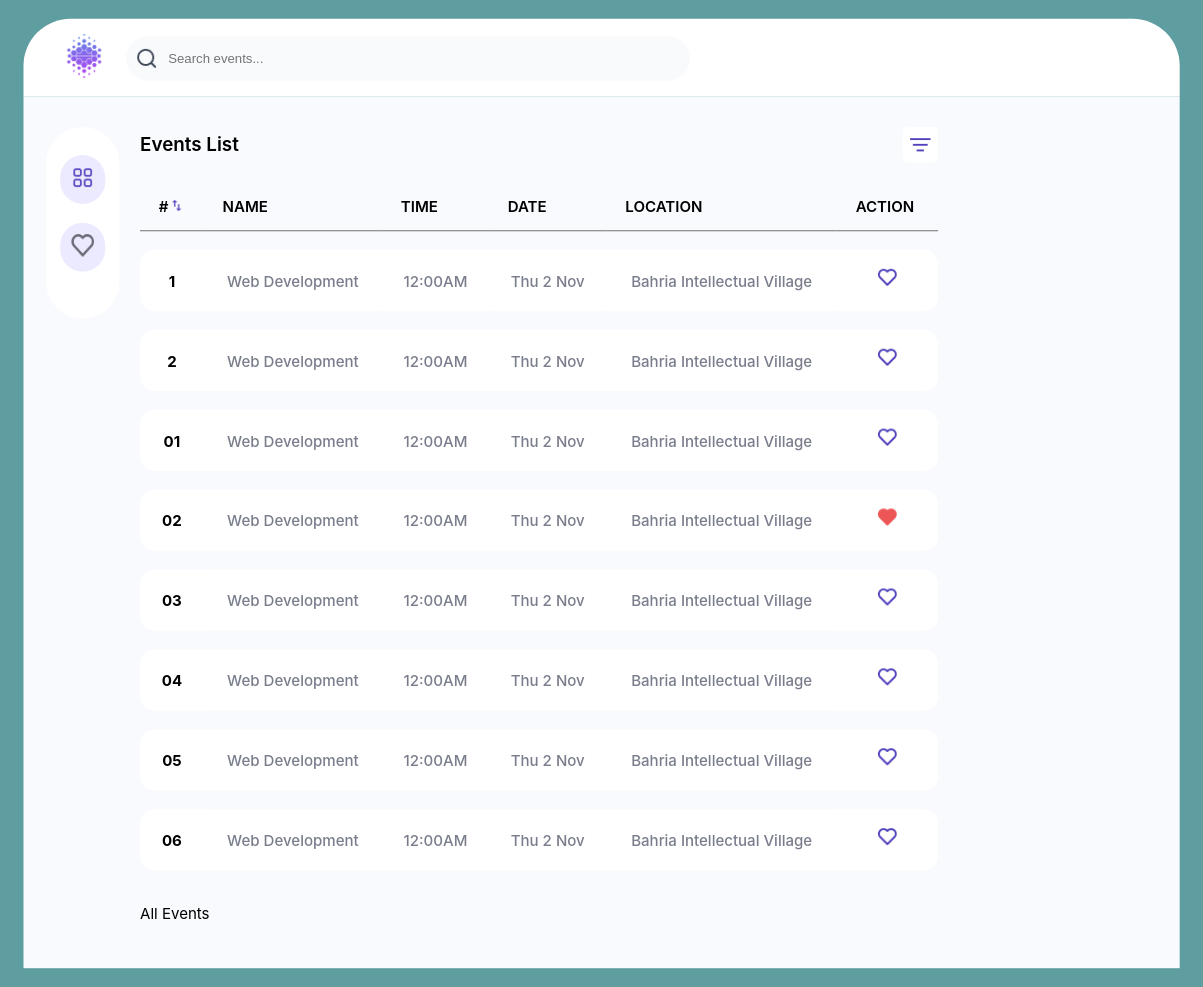
Repository: ahmadunitedsol710/react-dashboard
Page: /
An editor plug-in stored every save of this project. The page is shown before and after a run of saves, followed by the edit.
The browser window is 1280 px wide. The pictures show the whole page, at 94% of full size.
The project was rebuilt for these pictures with package versions that can differ from the ones it lists, and the page was loaded fresh each time.

Above is the page before, as saved 2024-07-30 11:29:31.

### src/App.js
// import {BrowserRouter as Router, Routes, Route} from 'react-router-dom';
import Header from './Components/Header/index';
import Events from './Components/Body/events'
import './App.css';

function App() {
  return (
    <div className="App container">
    {/* <Router>
      <Routes>
          <Route path="/" exact element={<Header/>}/>
      </Routes>
    </Router> */}
    <Header/>
    <Events/>
    </div>
  );
}

export default App;

### src/Components/Header/index.js
import '../../App.css';
import logo from '../../Images/logo.png'

const Index = () => {

    return (
        <>
            <div className="header">
                <div className="logo">
                    <img src={logo} alt="logo" />
                </div>
                <div className="search_box">
                    <input type="search"  name="search" placeholder='Search events...' className='srch'/>
                </div>
            </div>
        </>
    )
}

export default Index;

### src/Components/Body/events.js
import '../../App.css';
import Sidebar from './sidebar';
import List from './eventlist';

const Index = () => {

    return (
        <>
            <div className="events">
             <Sidebar/>
             <List/>
            </div>
        </>
    )
}

export default Index;

### src/App.css
body {
  background-color: cadetblue;
}

.container {
  max-width: 1440px;
  margin: 20px auto;
  padding: 0 25px;
  box-sizing: border-box;
}

.App-logo {
  height: 40vmin;
  pointer-events: none;
}

@media (prefers-reduced-motion: no-preference) {
  .App-logo {
    animation: App-logo-spin infinite 20s linear;
  }
}

.App-header {
  background-color: #282c34;
  min-height: 100vh;
  display: flex;
  flex-direction: column;
  align-items: center;
  justify-content: center;
  font-size: calc(10px + 2vmin);
  color: white;
}

.App-link {
  color: #61dafb;
}

@keyframes App-logo-spin {
  from {
    transform: rotate(0deg);
  }
  to {
    transform: rotate(360deg);
  }
}


/* Header */
.header { display: flex; justify-content: center; align-items: center; gap: 20px; background-color: #ffffff; padding: 15px 40px; border-radius: 50px 50px 0 0; }

.header .search_box { position: relative; width: 100%; }

.header .search_box .srch { background-image: url(./Images/Search.png); background-repeat: no-repeat; background-color: #F9FAFC; background-position: 10px center; border: none; padding: 13px 45px; width: 600px; border-radius: 50px; font-size: 14px; font-weight: 400; color: #3D4756; line-height: 22px; }


/* Events */
.events {
  background-color: #f9fafe;
  padding: 32px 24px;
  box-sizing: border-box;
  display: flex;
  gap: 22px;
  align-items: flex-start;
}

/* Sidebar */
.sidebar {
  display: flex;
  flex-direction: column;
  background-color: #ffffff;
  width: max-content;
  padding: 30px 15px;
  box-sizing: border-box;
  border-radius: 40px;
}

.image {
  background-color: #ECEAFF;
  margin-bottom: 20px;
  border-radius: 25px;
}

.sidebar_img {
  width: 24px;
  height: 24px;
  padding: 12px;
}

/* Event list */
.main {
  display: flex;
  justify-content: space-between;
  align-items: center;
}

.main .heading {
  font-size: 20px;
  font-weight: 600;
  line-height: 30px;
  margin: 0;
}

.main .filter {
  background-color: #ffffff;
  padding: 5px;
  border-radius: 5px;
  box-sizing: border-box;
}

table {
  border-collapse: separate;
  border-spacing: 0 20px;
  width: 849px;
}

th {
  text-align: left;
  font-size: 16px;
  font-weight: 600;
  line-height: 22px;
  padding: 15px 20px;
  box-sizing: border-box;
  border-bottom: 1px solid #6a6a6a;
}

.index {
  font-size: 16px;
  font-weight: bolder;
  line-height: 24px;
}

.body_row td {
  background-color: #ffffff;
  padding: 20px;
  text-align: center;
}

.body_row td:first-child {
  border-radius: 15px 0 0 15px;
}

.body_row td:last-child {
  border-radius: 0 15px 15px 0;
}

.body_row .details {
  font-size: 16px;
  font-weight: 500;
  line-height: 24px;
  color: #797d8c;
}

### src/Components/Body/sidebar.js
import '../../App.css';
import grid from '../../Images/grid.png';
import favourite from '../../Images/fav.png'

const sidebar = () => {

    return (
        <>
            <div className="sidebar">
                <div className="image">
                    <img src={grid} alt="grid" className='sidebar_img'/>
                </div>
                <div className="image">
                    <img src={favourite} alt="favourite" className='sidebar_img'/>
                </div>
            </div>
        </>
    )
}

export default sidebar;

### src/Components/Body/eventlist.js
import '../../App.css';
import swap from '../../Images/swap.png';
import emptyfav from '../../Images/empty_fav.png'
import fillfav from '../../Images/fill_fav.png'
import filter from '../../Images/filter.png'

const Eventlist = () => {
       const tabledata = [


    {id:1,name:"web",time:'12;am',date:"12marg",location:"happy"},
    {id:2,name:"web",time:'12;am',date:"12marg",location:"sad"}
       ]
    return (
        <>
            <div className="event_details">
                <div className="evenlist">
                    <div className="main">
                        <h2 className='heading'>Events List</h2>
                        <img src={filter} alt="filter" className='filter' />
                    </div>
                    <table className="table">
                        <thead className='table_head'>
                            <tr>
                                <th># <img src={swap} alt="swap" /> </th>
                                <th>NAME</th>
                                <th>TIME</th>
                                <th>DATE</th>
                                <th>LOCATION</th>
                                <th>ACTION</th>
                            </tr>
                        </thead>
                        <tbody>
                            {tabledata.map((data)=>(
                                <tr className='body_row'>
                                <td className='index' data-label="index">{data.id}</td>
                                <td className='details' data-label="name">Web Development</td>
                                <td className='details' data-label="time">12:00AM</td>
                                <td className='details' data-label="date">Thu 2 Nov</td>
                                <td className='details' data-label="location">Bahria Intellectual Village</td>
                                <td className='details' data-label="location"> <img src={emptyfav} alt="emptyfav" /> </td>
                            </tr>
                            ))}
                            <tr className='body_row'>
                                <td className='index' data-label="index">01</td>
                                <td className='details' data-label="name">Web Development</td>
                                <td className='details' data-label="time">12:00AM</td>
                                <td className='details' data-label="date">Thu 2 Nov</td>
                                <td className='details' data-label="location">Bahria Intellectual Village</td>
                                <td className='details' data-label="location"> <img src={emptyfav} alt="emptyfav" /> </td>
                            </tr>

                            <tr className='body_row'>
                                <td className='index' data-label="index">02</td>
                                <td className='details' data-label="name">Web Development</td>
                                <td className='details' data-label="time">12:00AM</td>
                                <td className='details' data-label="date">Thu 2 Nov</td>
                                <td className='details' data-label="location">Bahria Intellectual Village</td>
                                <td className='details' data-label="location"> <img src={fillfav} alt="fillfav" /> </td>
                            </tr>

                            <tr className='body_row'>
                                <td className='index' data-label="index">03</td>
                                <td className='details' data-label="name">Web Development</td>
                                <td className='details' data-label="time">12:00AM</td>
                                <td className='details' data-label="date">Thu 2 Nov</td>
                                <td className='details' data-label="location">Bahria Intellectual Village</td>
                                <td className='details' data-label="location"> <img src={emptyfav} alt="emptyfav" /> </td>
                            </tr>

                            <tr className='body_row'>
                                <td className='index' data-label="index">04</td>
                                <td className='details' data-label="name">Web Development</td>
                                <td className='details' data-label="time">12:00AM</td>
                                <td className='details' data-label="date">Thu 2 Nov</td>
                                <td className='details' data-label="location">Bahria Intellectual Village</td>
                                <td className='details' data-label="location"> <img src={emptyfav} alt="emptyfav" /> </td>
                            </tr>

                            <tr className='body_row'>
                                <td className='index' data-label="index">05</td>
                                <td className='details' data-label="name">Web Development</td>
                                <td className='details' data-label="time">12:00AM</td>
                                <td className='details' data-label="date">Thu 2 Nov</td>
                                <td className='details' data-label="location">Bahria Intellectual Village</td>
                                <td className='details' data-label="location"> <img src={emptyfav} alt="emptyfav" /> </td>
                            </tr>

                            <tr className='body_row'>
                                <td className='index' data-label="index">06</td>
                                <td className='details' data-label="name">Web Development</td>
                                <td className='details' data-label="time">12:00AM</td>
                                <td className='details' data-label="date">Thu 2 Nov</td>
                                <td className='details' data-label="location">Bahria Intellectual Village</td>
                                <td className='details' data-label="location"> <img src={emptyfav} alt="emptyfav" /> </td>
                            </tr>
                        </tbody>
                    </table>
                </div>

                <div className="cards">
                    <div className="all_events">
                        <p className='title'>All Events</p>

                    </div>
                    <div className="this_month"></div>
                    <div className="fav_events"></div>
                </div>
            </div>
        </>
    )
}

export default Eventlist;

Loaded but not shown: public/index.html (common file); src/index.js (common file); src/index.css (common file); src/reportWebVitals.js (common file)

After the next 4 saves:
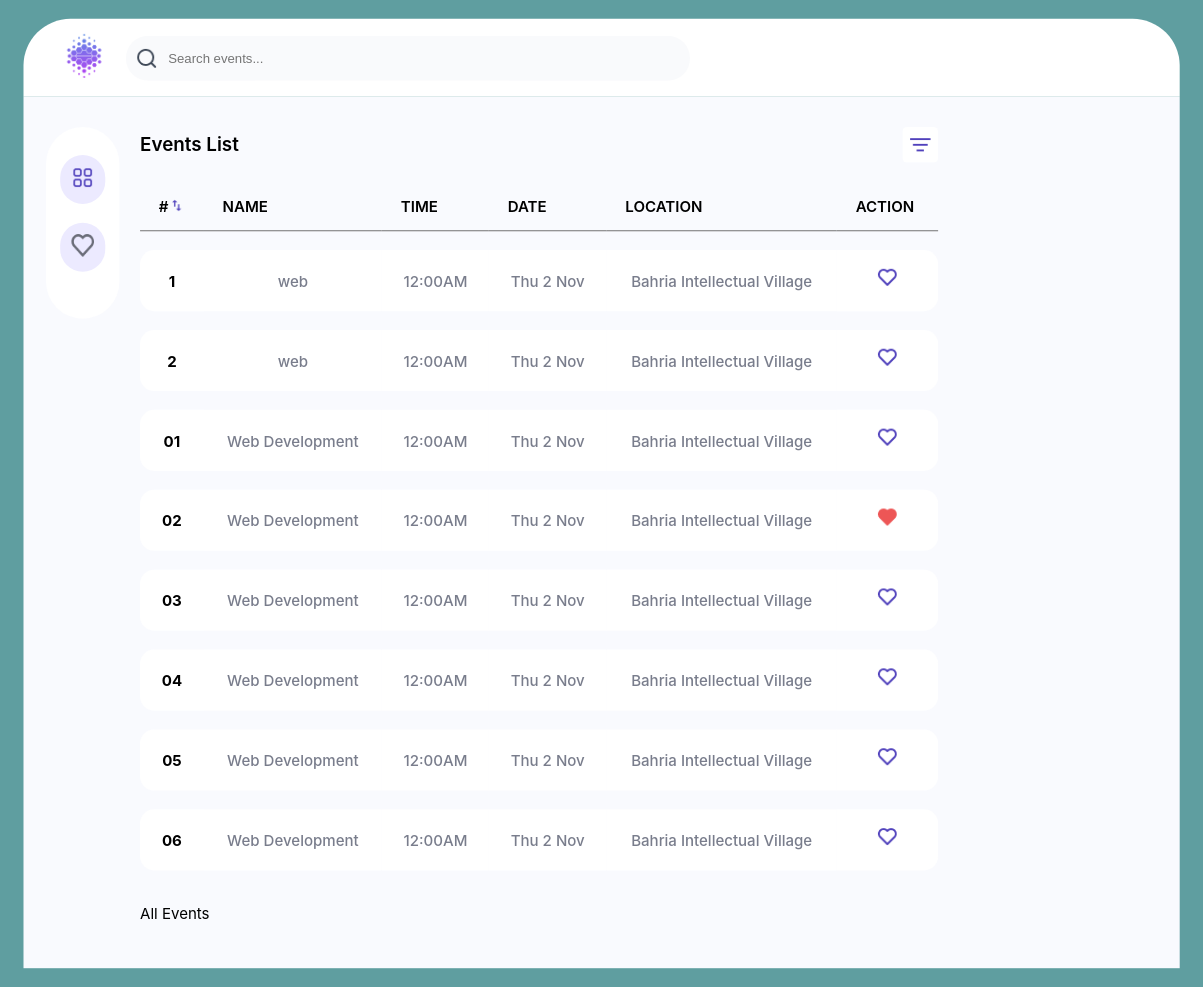
The 4 saves are shown as one change because they came seconds apart.
The last was saved 12 s later.
--- a/src/Components/Body/eventlist.js
+++ b/src/Components/Body/eventlist.js
@@ -34,7 +34,7 @@ const Eventlist = () => {
                             {tabledata.map((data)=>(
                                 <tr className='body_row'>
                                 <td className='index' data-label="index">{data.id}</td>
-                                <td className='details' data-label="name">Web Development</td>
+                                <td className='details' data-label="name">{data.name}</td>
                                 <td className='details' data-label="time">12:00AM</td>
                                 <td className='details' data-label="date">Thu 2 Nov</td>
                                 <td className='details' data-label="location">Bahria Intellectual Village</td>
